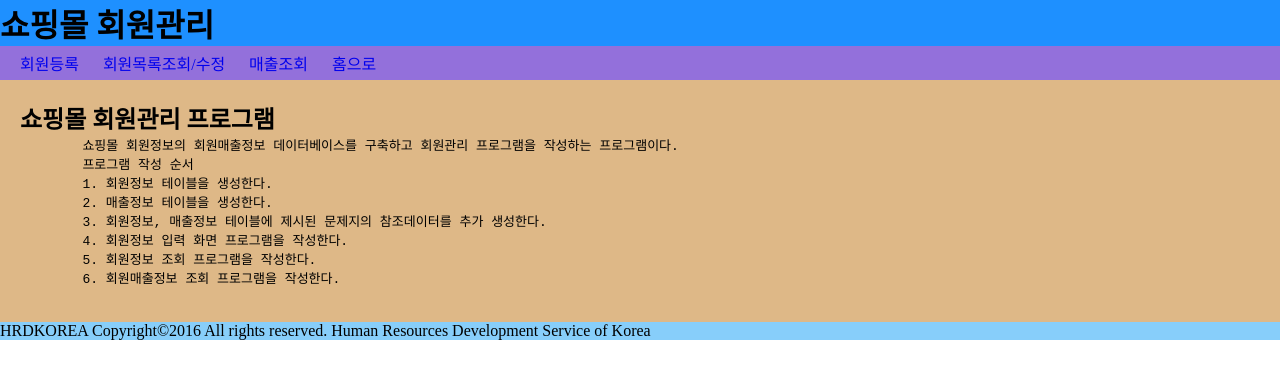
Repository: guguping/finalTestStudy
Page: http://localhost/test2/
The author's editor kept a copy of each file at every save. The page is drawn from the files as they stood at one save, then again after a run of saves.
The browser window is 1280 px wide. The pictures show the whole page.
The page is served by Tomcat 9.

Above is the page before, as saved 2023-07-28 06:42:37.

After the next 2 saves:
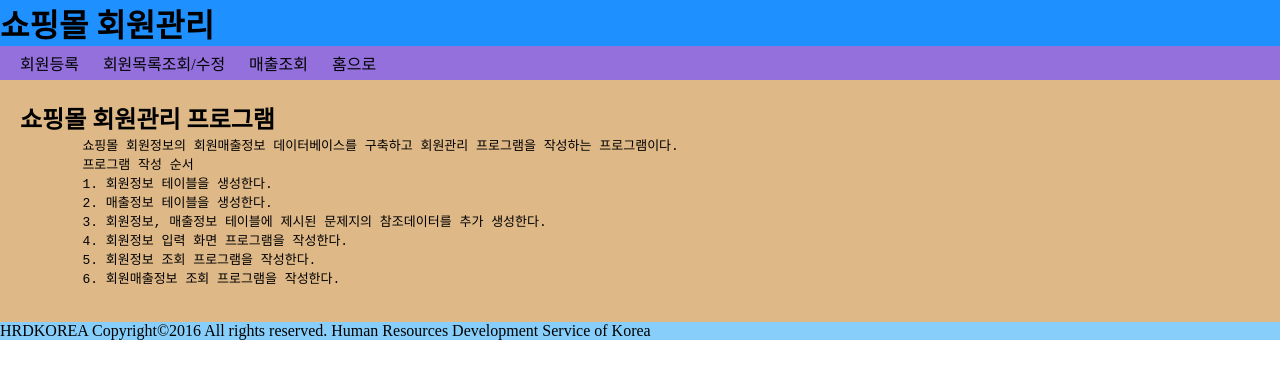
The 2 saves are shown as one change because they came seconds apart.
The last was saved 17 s later.
--- a/test2/src/main/webapp/index.jsp
+++ b/test2/src/main/webapp/index.jsp
@@ -13,6 +13,7 @@
         }
         a {
         	text-decoration: none;
+        	color: black;
         }
     </style>
 </head>
